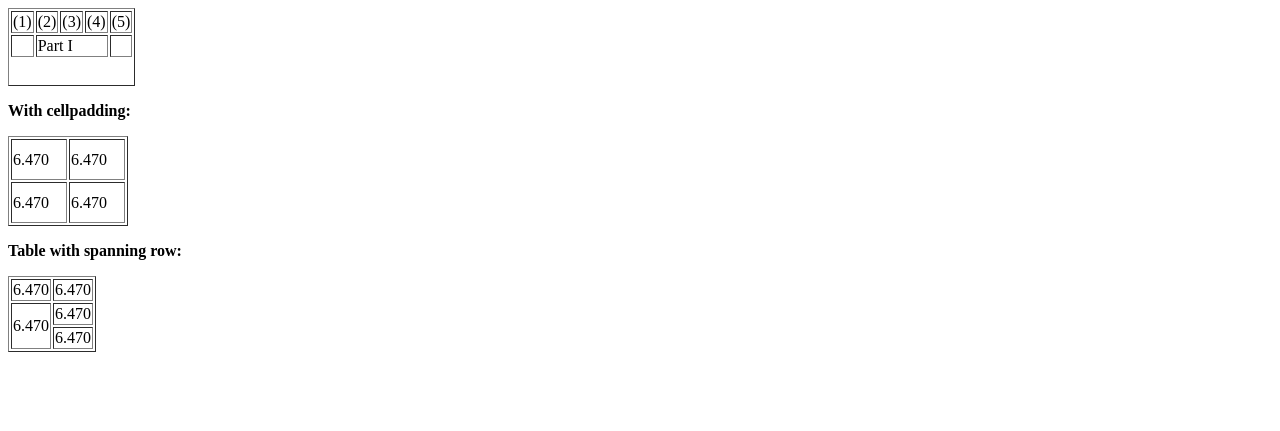
Repository: PhamChiXuan1/HTCNW_tuan3_DHCNTT16C_PhamChiXuan_20030131
Page: bt6b.html
The author's editor kept a copy of each file at every save. The page is drawn from the files as they stood at one save, then again after the next save.
The browser window is 1280 px wide. The pictures show the whole page.

Above is the page before, as saved 2022-02-26 22:49:41.

### bt6b.html
<!DOCTYPE html>
<html lang="en">
<head>
    <meta charset="UTF-8">
    <meta http-equiv="X-UA-Compatible" content="IE=edge">
    <meta name="viewport" content="width=device-width, initial-scale=1.0">
    <title>Document</title>
</head>
<body>
    <table border="1" width="30px" height="40">
        <tr>
            <td>(1)</td>
        <td>(2)</td>
        <td>(3)</td>
        <td colspan="2">(4)</td>
        <td>(5)</td>
        </tr>
        <tr>
            <td></td>
            <td colspan="4">Part I</td>
            <td></td>
        </tr>
        <tr></tr>
        <tr></tr>
        <tr></tr>
        <tr></tr>
        <tr></tr>
        <tr></tr>
        <tr></tr>
        <tr></tr>
        <tr></tr>
        <tr></tr>
        <tr></tr>
        <tr></tr>
        <tr></tr>
    </table>
    <table border="1" width="120px" height="90">
        <P><B>With cellpadding:</B></P>
        <tr>
            <td>6.470</td>
            <td>6.470</td>
        </tr>
        <tr>
            <td>6.470</td>
            <td>6.470</td>
        </tr>
    </table>
    <table border="1" width="80px" height="70">
        <P><B>Table with spanning row:</B></P>
        <tr>
            <td>6.470</td>
            <td>6.470</td>
        </tr>
        <tr>
            <td rowspan="2">6.470</td>
            <td>6.470</td>
        </tr>
        <tr>
            <td>6.470</td>
        </tr>
    </table>
</body>
</html>

After the next save:
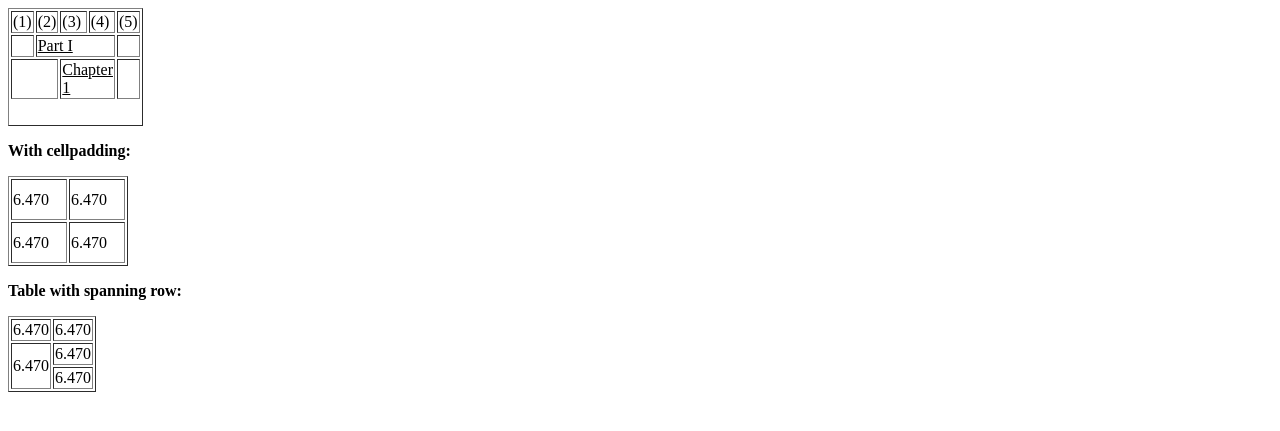
Saved 99 s later.
--- a/bt6b.html
+++ b/bt6b.html
@@ -17,10 +17,14 @@
         </tr>
         <tr>
             <td></td>
-            <td colspan="4">Part I</td>
+            <td colspan="4"><U>Part I</U></td>
             <td></td>
         </tr>
-        <tr></tr>
+        <tr>
+            <td colspan="2"></td>
+            <td colspan="3"><U>Chapter 1</U></td>
+            <td></td>
+        </tr>
         <tr></tr>
         <tr></tr>
         <tr></tr>
